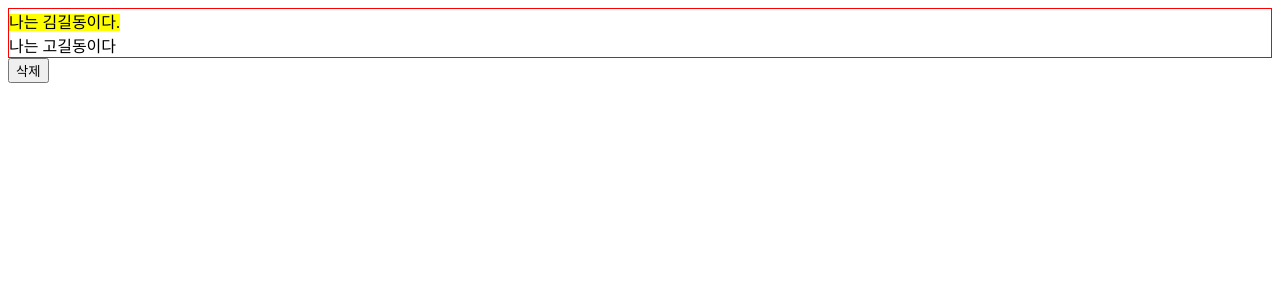
Repository: dhfkdlxm/Lecture-Web
Page: Lecture-Web/WebContent/jquery/exam15.html
These files come from the project's save history. The page is drawn as it stood at one moment and after the next save; the edit follows.
The browser window is 1280 px wide. The pictures show the whole page.
After loading, the first visible `button` was clicked once.

Above is the page before, as saved 2021-06-17 07:19:47.

After the next save:
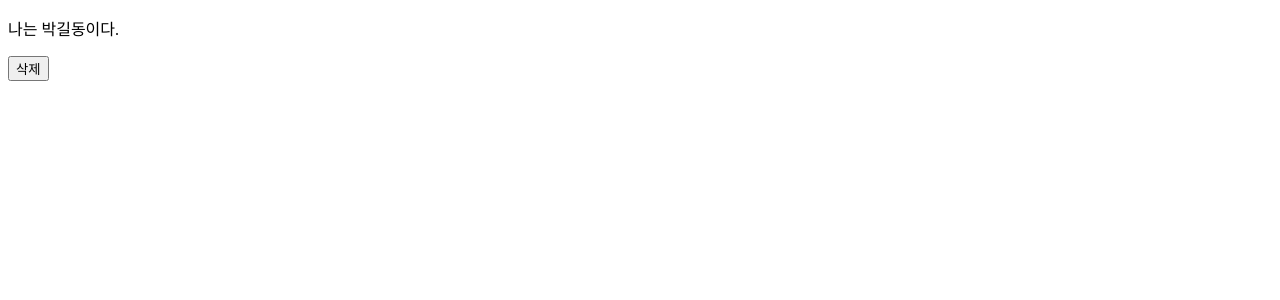
Saved 46 s later.
--- a/Lecture-Web/WebContent/jquery/exam15.html
+++ b/Lecture-Web/WebContent/jquery/exam15.html
@@ -13,7 +13,8 @@ div {
 	// 태그 내용 삭제하기
 	$(document).ready(function() {
 		$('button').click(function() {
-			$('p').remove()
+			//$('p').remove()
+			$('div').remove()
 			/* 		let pTags = document.getElementsByTagName("p")
 					 for (let pTag of pTags) {
 					 pTag.remove()
